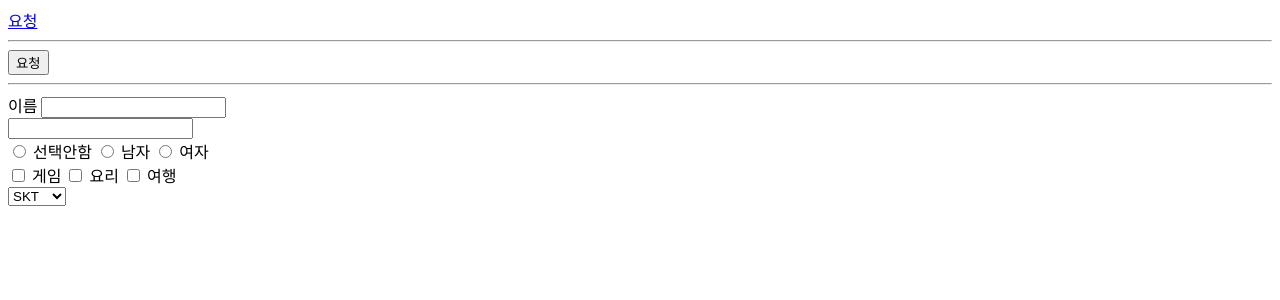
Repository: shyeom94/jspstudy
Page: 01_servlet/src/main/webapp/pkg02_request/NewFile.html
The author's editor kept a copy of each file at every save. The page is drawn from the files as they stood at one save, then again after the next save.
The browser window is 1280 px wide. The pictures show the whole page.

Above is the page before, as saved 2024-02-28 01:35:31.

After the next save:
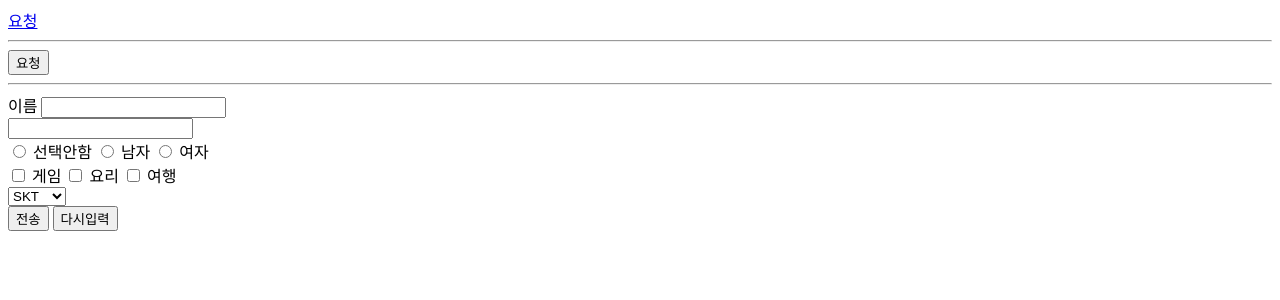
Saved 98 s later.
--- a/01_servlet/src/main/webapp/pkg02_request/NewFile.html
+++ b/01_servlet/src/main/webapp/pkg02_request/NewFile.html
@@ -73,6 +73,10 @@
       <option>LGU+</option>
       </select>
      </div>
+     <div class="btn-wrap">
+     <button type="submit">전송</button>
+     <button type="reset">다시입력</button>
+     </div>
   </form>
 
 </body>
